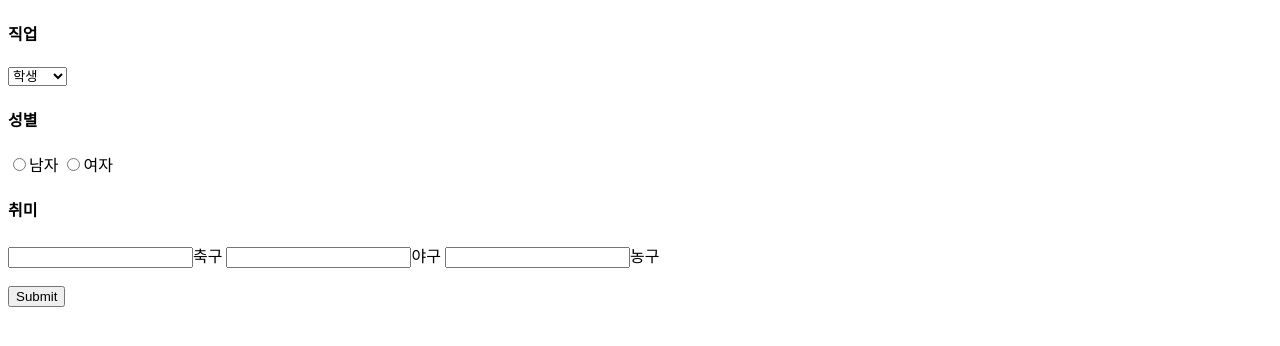
Repository: DongGeunLee99/SMHRD_
Page: 08_JSP/Ex01_GetPost/src/main/webapp/Ex03_UserInfo.html
These files come from the project's save history. The page is drawn as it stood at one moment and after the next save; the edit follows.
The browser window is 1280 px wide. The pictures show the whole page.

Above is the page before, as saved 2025-03-12 07:27:55.

### 08_JSP/Ex01_GetPost/src/main/webapp/Ex03_UserInfo.html
<!DOCTYPE html>
<html>
<head>
<meta charset="UTF-8">
<title>안녕클레오파트라</title>
</head>
<body>
	<form action="Ex03_UserInfo" method="post">
	      <h4>직업</h4>

	      <select name="job">
	         <option value="student">학생</option>
	         <option value="tracher">선생님</option>
	         <option value="developer">개발자</option>
	      </select>

	      <h4>성별</h4>
	      <!-- radio : 중복 x -->
	      <input type="radio" name="gender" value="m">남자
	      <input type="radio" name="gender" value="w">여자

	      <h4>취미</h4>

	      <input type="">축구
	      <input type="">야구
	      <input type="">농구

	      <br><br>
	      <input type="submit">
	   </form>
</body>
</html>

After the next save:
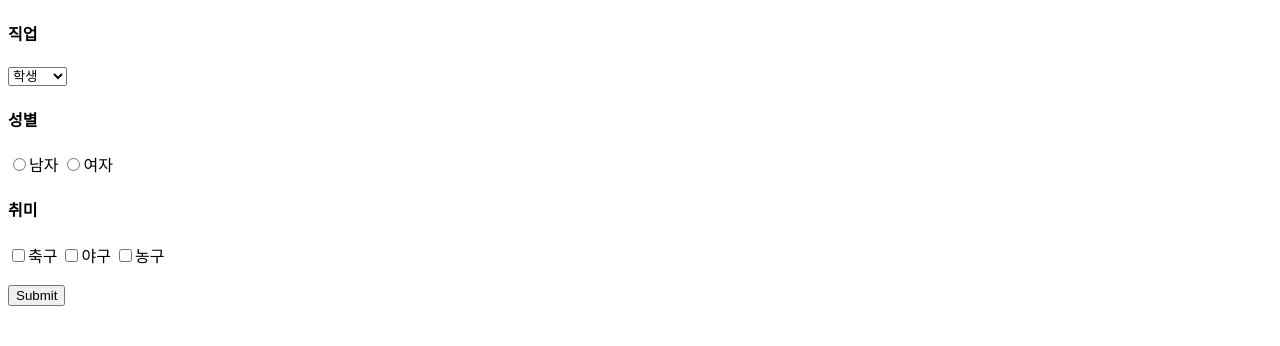
Saved 46 s later.
--- a/08_JSP/Ex01_GetPost/src/main/webapp/Ex03_UserInfo.html
+++ b/08_JSP/Ex01_GetPost/src/main/webapp/Ex03_UserInfo.html
@@ -21,9 +21,9 @@
 
 	      <h4>취미</h4>
 
-	      <input type="">축구
-	      <input type="">야구
-	      <input type="">농구
+	      <input type="checkbox" name="" value="">축구
+	      <input type="checkbox" name="" value="">야구
+	      <input type="checkbox" name="" value="">농구
 
 	      <br><br>
 	      <input type="submit">
